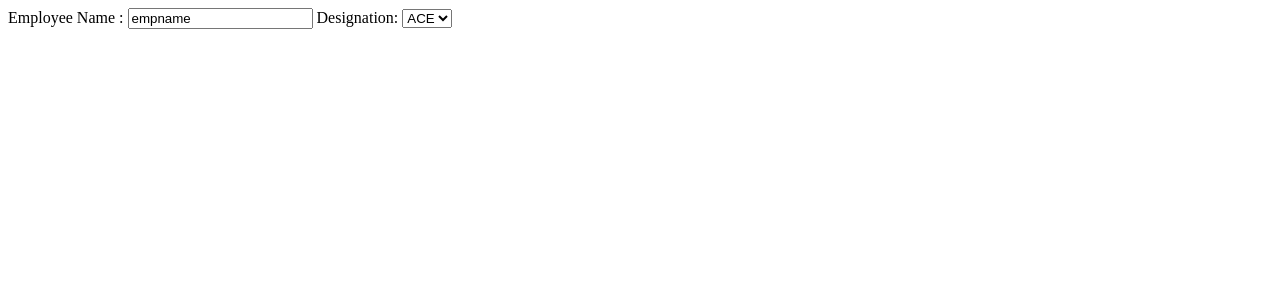
Repository: omgitsrish/MyProject
Page: http://localhost/Employee/fetchemp.jsp
The author's editor kept a copy of each file at every save. The page is drawn from the files as they stood at one save, then again after the next save.
The browser window is 1280 px wide. The pictures show the whole page.
The page is served by Tomcat 9.

Above is the page before, as saved 2018-07-31 21:16:41.

After the next save:
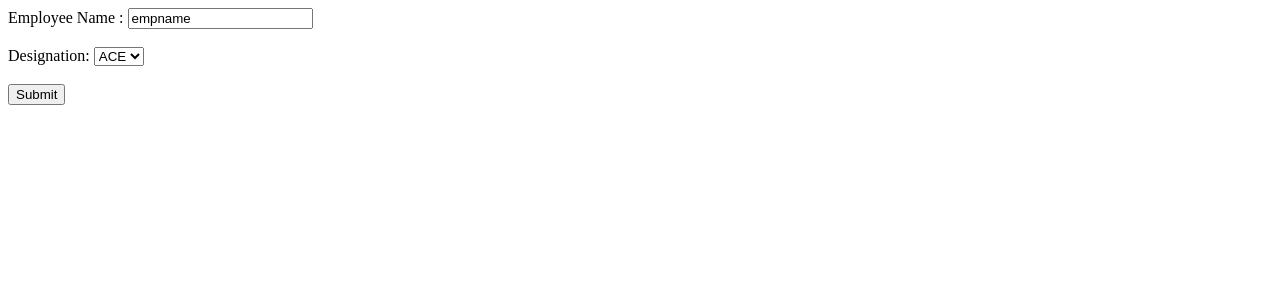
Saved 48 s later.
--- a/Test/Employee/WebContent/fetchemp.jsp
+++ b/Test/Employee/WebContent/fetchemp.jsp
@@ -9,13 +9,14 @@
 <body>
 <form action="Controller" method="get">
 	<input type="hidden" name="action" value="fetchemp" >
-	Employee Name : <input type="text" value="empname" />
+	Employee Name : <input type="text" value="empname" /><br><br>
 	Designation:
 	<select value="designation">
 		<option>ACE</option>
 		<option>ITA</option>
 		<option>AST</option>
-	</select>
+	</select><br><br>
+	<input type="submit" value="Submit">
 </form>
 
 
